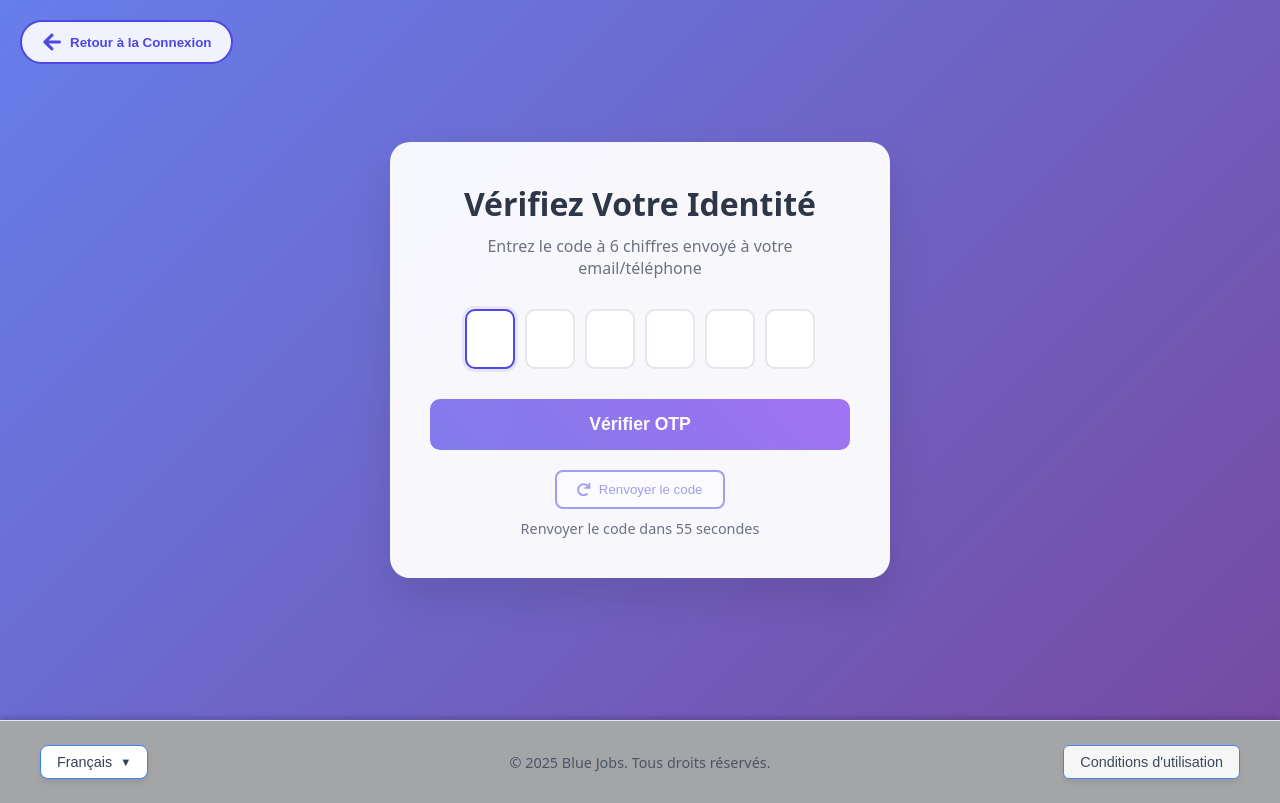
Repository: VladimirGagarin/blue-jobs
Page: /#/otp
The author's editor kept a copy of each file at every save. The page is drawn from the files as they stood at one save, then again after a run of saves.
The browser window is 1280 px wide. The pictures show the whole page.
The project was rebuilt for these pictures with package versions that can differ from the ones it lists, and the page was loaded fresh each time. Also part of the build but not shown: vite.config.js, src/components/LoadingPage.css, src/components/LoadingPage.jsx, src/components/Navbar.jsx, src/components/About.jsx, src/components/HomeScreen.jsx, src/components/Features.jsx, src/components/Founders.jsx and 11 more. Imported but missing from the stored project, and not drawn on this page: src/assets/cta_video.mp4, src/assets/cta_video_fr.mp4.

Above is the page before, as saved 2025-09-28 02:43:51.

After the next 2 saves:
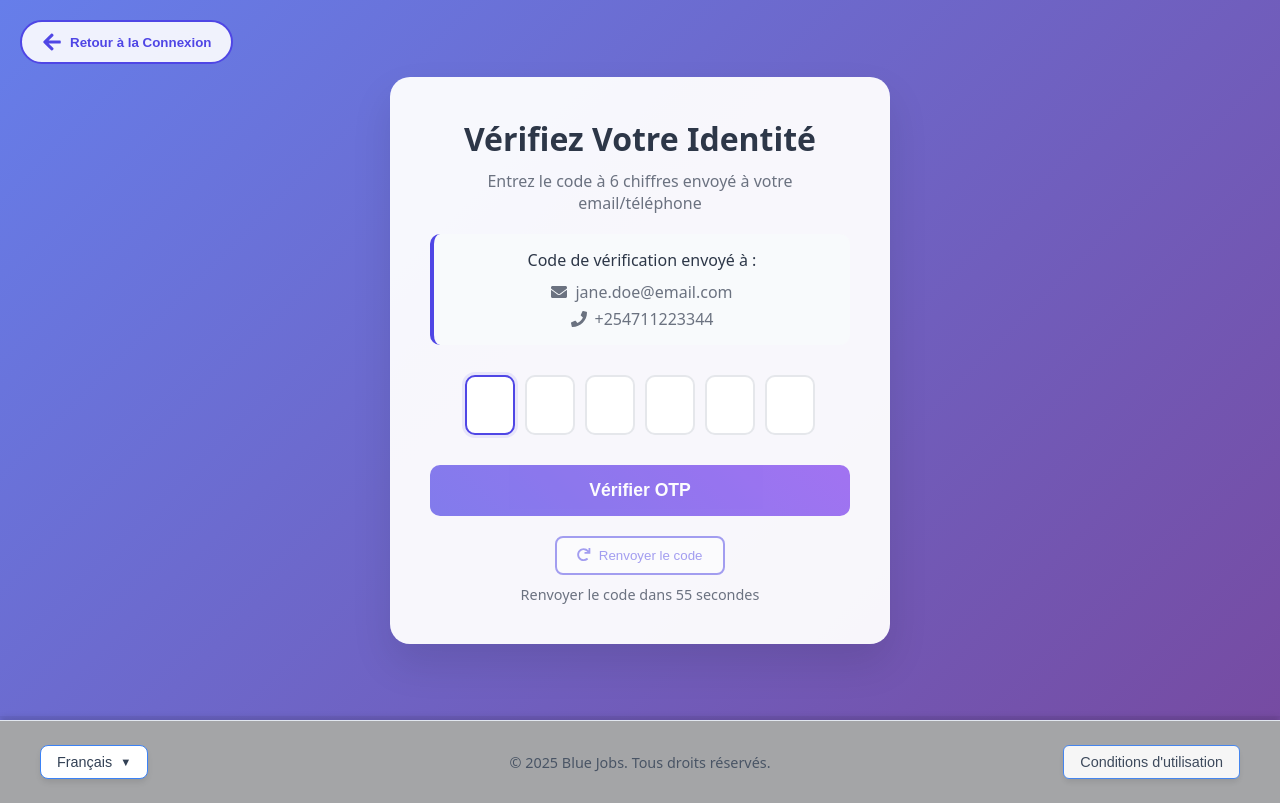
The 2 saves are shown as one change because they came seconds apart.
The last was saved 3 min 43 s later.
--- a/src/pages/OTP.jsx
+++ b/src/pages/OTP.jsx
@@ -16,17 +16,53 @@ export default function OTP() {
   const { language } = useLanguage();
   const navigate = useNavigate();
   const location = useLocation();
-    const inputRefs = useRef([]);
-    const { user } = useUser();
+  const inputRefs = useRef([]);
+  const { user } = useUser();
 
   // Get user data from navigation state or URL params
-
-  const { userEmail, userPhone } = location.state || {};
+  // Get OTP action and contact info from multiple sources (priority order)
+  const getContactInfo = () => {
+    // 1. First priority: From navigation state (login/signup flow)
+    if (location.state?.userEmail || location.state?.userPhone) {
+      return {
+        userEmail: location.state.userEmail,
+        userPhone: location.state.userPhone,
+        action: location.state.action || "verify",
+      };
+    }
+
+    // 2. Second priority: From current user context (if user is logged in but needs OTP verification)
+    if (user && (user.userEmail || user.userPhoneNumber)) {
+      return {
+        userEmail: user.userEmail,
+        userPhone: user.userPhoneNumber,
+        action: "verify",
+      };
+    }
+
+    // 3. Fallback: No specific info available
+    return {
+      userEmail: null,
+      userPhone: null,
+      action: "verify",
+    };
+  };
+
+  const { userEmail, userPhone, action } = getContactInfo();
 
   // Set document title
   useEffect(() => {
-    document.title = language === "fr" ? "Vérification OTP | Blue Jobs" : "OTP Verification | Blue Jobs";
-  }, [language]);
+    const actionText =
+      action === "login"
+        ? "Login"
+        : action === "signup"
+        ? "Signup"
+        : "Verification";
+    document.title =
+      language === "fr"
+        ? `${actionText} OTP | Blue Jobs`
+        : `${actionText} OTP | Blue Jobs`;
+  }, [language, action]);
 
   // Countdown timer for resend OTP
   useEffect(() => {
@@ -62,7 +98,7 @@ export default function OTP() {
       backToLogin: "Back to Login",
       invalidOtp: "Invalid verification code",
       otpExpired: "Verification code has expired",
-      error: "An error occurred. Please try again."
+      error: "An error occurred. Please try again.",
     },
     fr: {
       title: "Vérifiez Votre Identité",
@@ -79,8 +115,8 @@ export default function OTP() {
       backToLogin: "Retour à la Connexion",
       invalidOtp: "Code de vérification invalide",
       otpExpired: "Le code de vérification a expiré",
-      error: "Une erreur s'est produite. Veuillez réessayer."
-    }
+      error: "Une erreur s'est produite. Veuillez réessayer.",
+    },
   };
 
   const t = content[language];
@@ -100,15 +136,15 @@ export default function OTP() {
   };
 
   const handleKeyDown = (index, e) => {
-    if (e.key === 'Backspace' && !otp[index] && index > 0) {
+    if (e.key === "Backspace" && !otp[index] && index > 0) {
       inputRefs.current[index - 1].focus();
     }
   };
 
   const handlePaste = (e) => {
     e.preventDefault();
-    const pasteData = e.clipboardData.getData('text');
-    const digits = pasteData.replace(/\D/g, '').slice(0, 6).split('');
+    const pasteData = e.clipboardData.getData("text");
+    const digits = pasteData.replace(/\D/g, "").slice(0, 6).split("");
 
     if (digits.length === 6) {
       const newOtp = [...otp];
@@ -125,7 +161,7 @@ export default function OTP() {
     setLoading(true);
     setError("");
 
-    const otpString = otp.join('');
+    const otpString = otp.join("");
 
     if (otpString.length !== 6) {
       setError(t.invalidOtp);
@@ -144,7 +180,7 @@ export default function OTP() {
       }
     } catch (err) {
       setError(t.error);
-      console.warn(err)
+      console.warn(err);
     } finally {
       setLoading(false);
     }
@@ -160,8 +196,8 @@ export default function OTP() {
       await new Promise((resolve) => setTimeout(resolve, 1000));
       console.log("OTP resent to:", userEmail || userPhone);
     } catch (err) {
-        setError(t.error);
-         console.warn(err);
+      setError(t.error);
+      console.warn(err);
     } finally {
       setLoading(false);
     }
@@ -186,10 +222,7 @@ export default function OTP() {
               </div>
               <h1 className="success-title">{t.success}</h1>
               <p className="success-message">{t.successMessage}</p>
-              <button
-                className="success-button"
-                onClick={handleGoToProfile}
-              >
+              <button className="success-button" onClick={handleGoToProfile}>
                 {t.goToProfile}
               </button>
             </div>
@@ -239,7 +272,7 @@ export default function OTP() {
               {otp.map((digit, index) => (
                 <input
                   key={index}
-                  ref={(el) => inputRefs.current[index] = el}
+                  ref={(el) => (inputRefs.current[index] = el)}
                   type="text"
                   maxLength="1"
                   value={digit}
@@ -256,7 +289,7 @@ export default function OTP() {
             <button
               type="submit"
               className="verify-button"
-              disabled={loading || otp.join('').length !== 6}
+              disabled={loading || otp.join("").length !== 6}
             >
               {loading ? t.verifying : t.verify}
             </button>
@@ -268,7 +301,7 @@ export default function OTP() {
               disabled={!canResend || loading}
               className="resend-button"
             >
-              <FaRedo style={{ marginRight: '8px' }} />
+              <FaRedo style={{ marginRight: "8px" }} />
               {t.resend}
             </button>
             {!canResend && (
